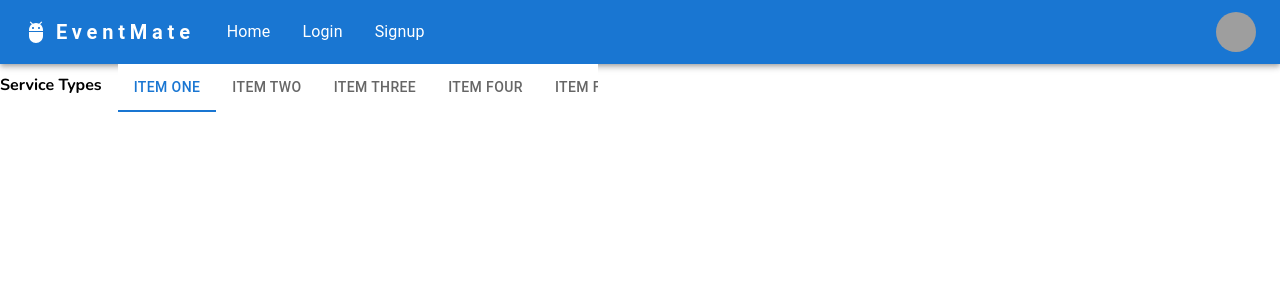
Repository: Farida-Yeasmin-Mim/EventMate_Frontend
Page: /filterpage
These files come from the project's save history. The page is drawn as it stood at one moment and after the next save; the edit follows.
The browser window is 1280 px wide. The pictures show the whole page.
Pictures or frames that could not be fetched are drawn as grey boxes. The page's requests for data from a server got no answer. The project was rebuilt for these pictures with package versions that can differ from the ones it lists, and the page was loaded fresh each time. No one was signed in, and anything a server would have sent is missing. Also part of the build but not shown: src/components/PostRequest.js, src/pages/auth/Login.js, src/components/seletionTextField/selectGender.js, src/pages/auth/Signup.js, src/components/vendor/RegVendor.js, src/components/offer.js, src/components/productcategories.js, src/components/icontabs.js and 15 more.

Above is the page before, as saved 2022-08-16 17:45:58.

After the next save:
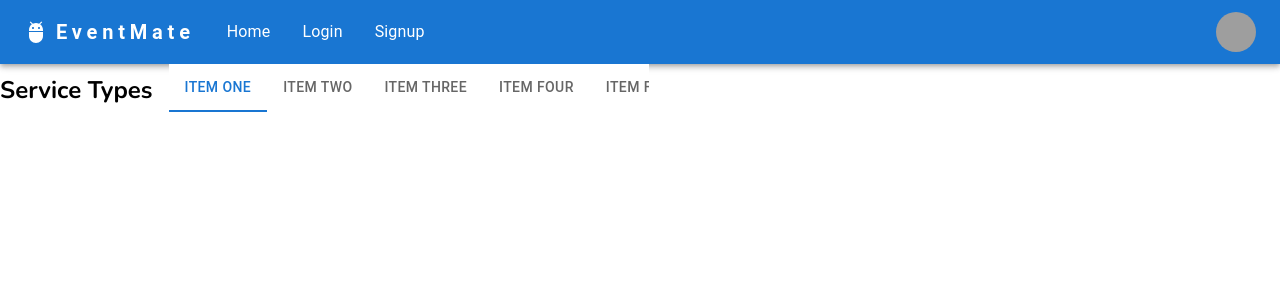
Saved 19 s later.
--- a/src/components/event/filter/FilterPage.js
+++ b/src/components/event/filter/FilterPage.js
@@ -45,7 +45,7 @@ export default function ScrollableTabsButtonAuto() {
     return (
         <Grid container spacing={2}>
             <Grid item>
-                <h4 style={{ color: "#000", textAlign: "center", padding: "10px 0" }}>Service Types</h4>
+                <h2 style={{ color: "#000", textAlign: "center", padding: "10px 0" }}>Service Types</h2>
 
             </Grid>
             <Grid item>
